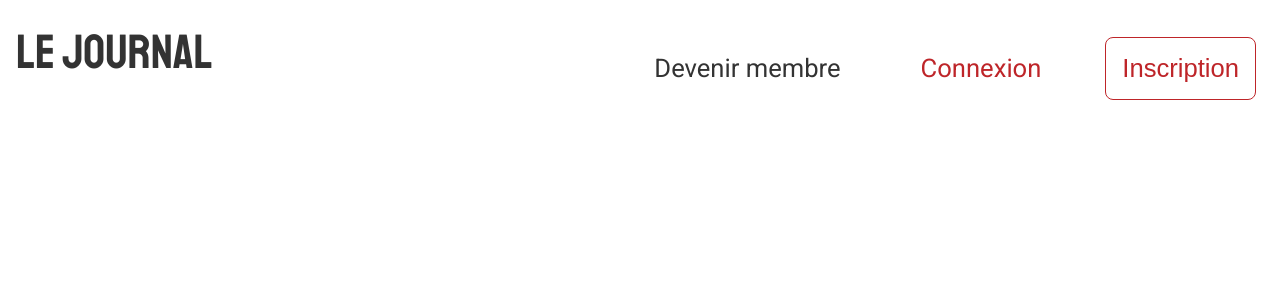
Repository: AmelYahyaoui/journal
Page: index.html
The author's editor kept a copy of each file at every save. The page is drawn from the files as they stood at one save, then again after the next save.
The browser window is 1280 px wide. The pictures show the whole page.
Some web libraries are served in a nearby version.

Above is the page before, as saved 2024-10-07 17:05:30.

After the next save:
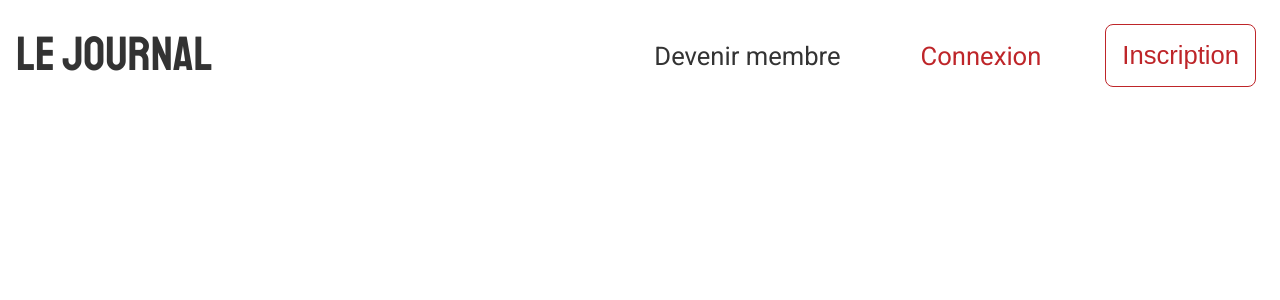
Saved 98 s later.
--- a/css/style.css
+++ b/css/style.css
@@ -103,7 +103,7 @@
 header {
   display: grid;
   grid-template-columns: 1fr auto;
-
+  place
   line-height: 3.5rem;
   margin: 0.5rem auto;
 }

After the save that followed:
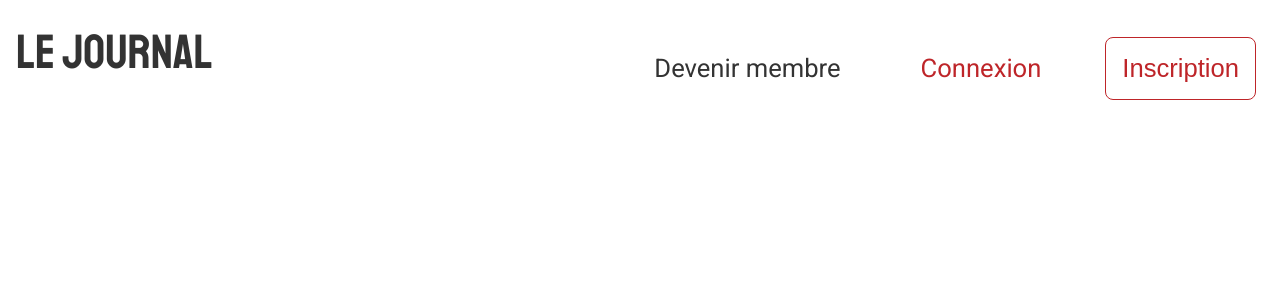
Saved 4 s later.
--- a/css/style.css
+++ b/css/style.css
@@ -103,7 +103,7 @@
 header {
   display: grid;
   grid-template-columns: 1fr auto;
-  place
+  place-items: ;
   line-height: 3.5rem;
   margin: 0.5rem auto;
 }
